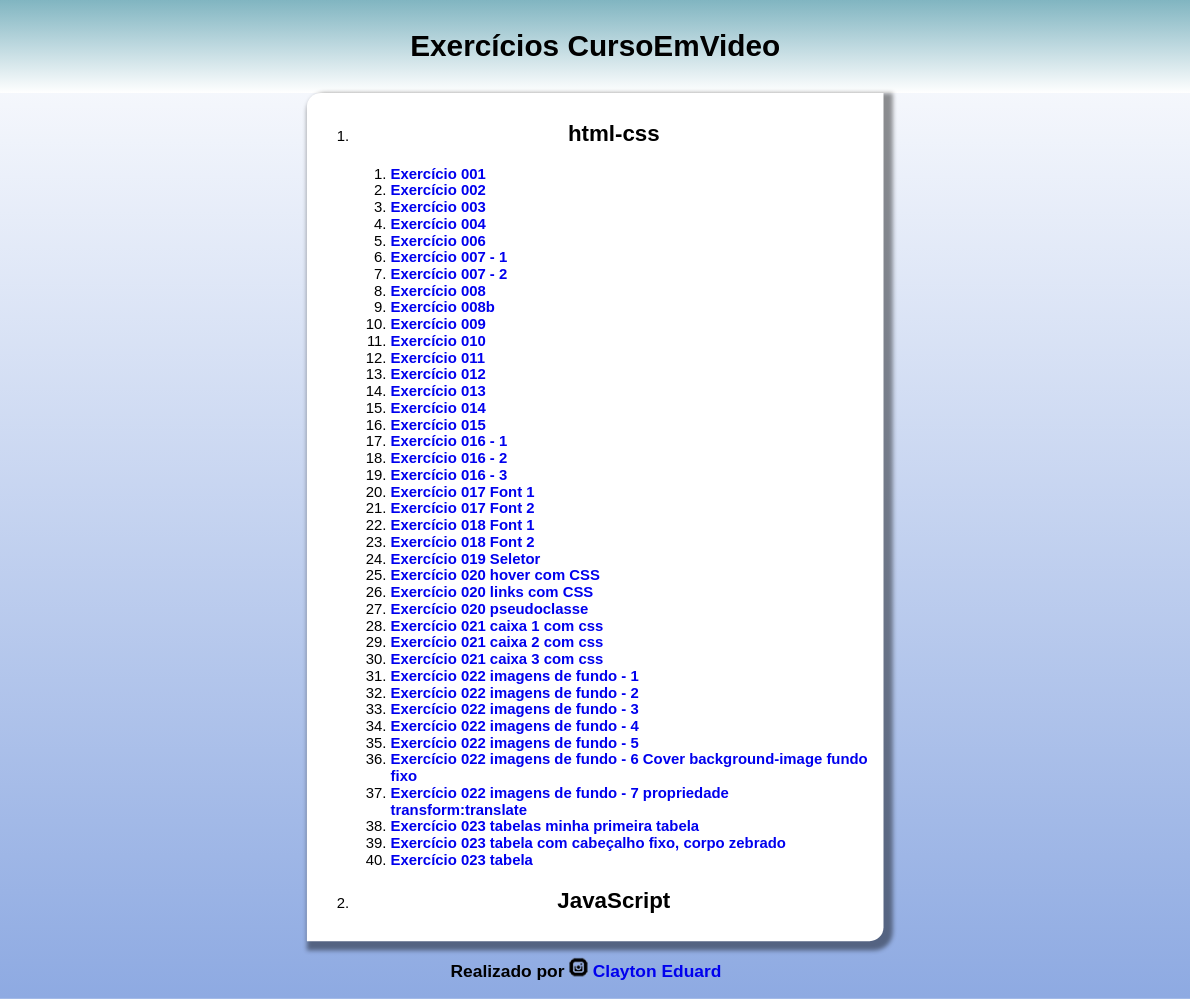
Repository: ClaytonEduard/cursoemvideo
Page: index.html
These files come from the project's save history. The page is drawn as it stood at one moment and after a run of saves; the edit follows.
The browser window is 1280 px wide. The pictures show the whole page, at 93% of full size.

Above is the page before, as saved 2022-12-08 16:56:16.

After the next 2 saves:
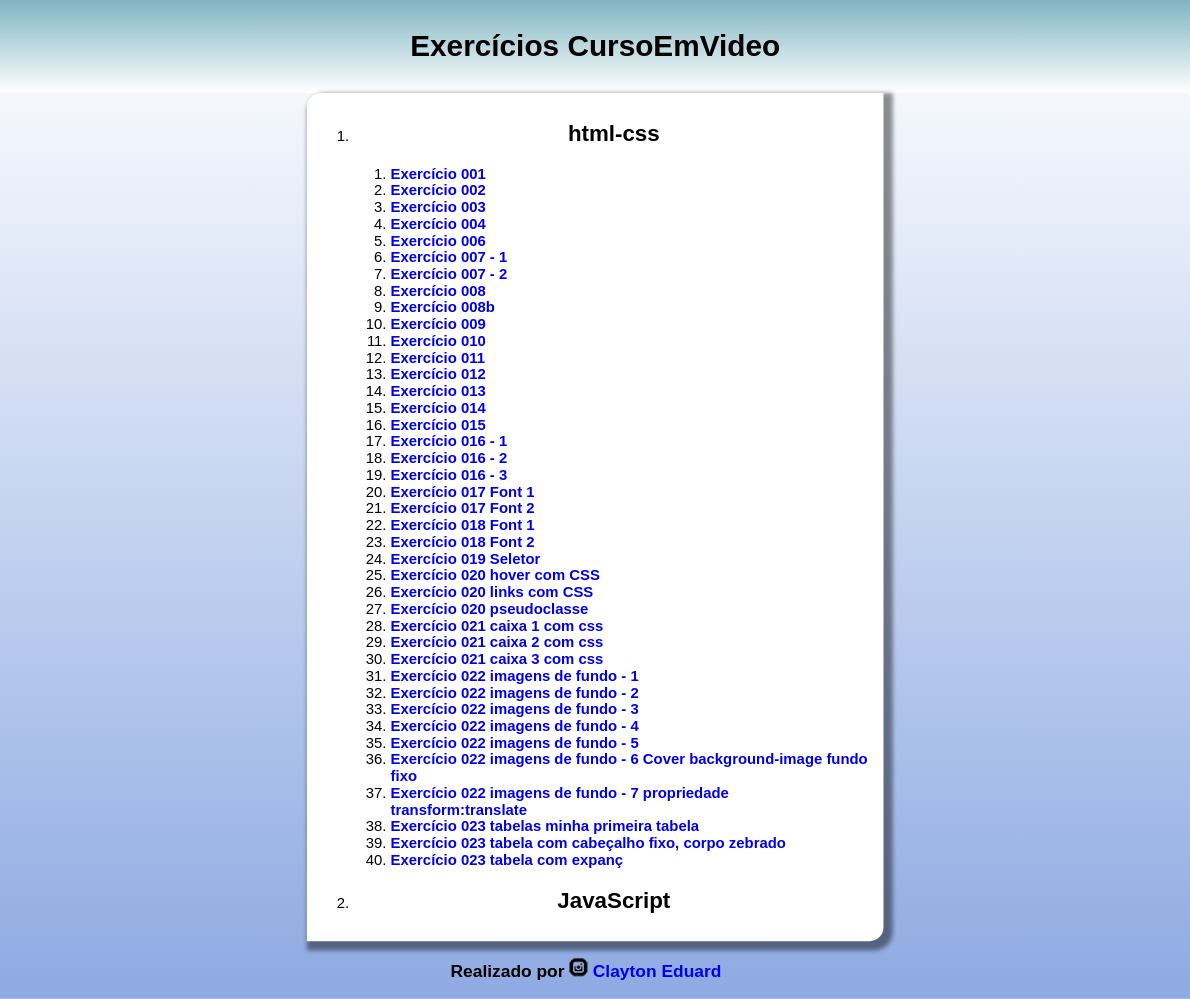
The 2 saves are shown as one change because they came seconds apart.
The last was saved 8 s later.
--- a/index.html
+++ b/index.html
@@ -149,7 +149,7 @@
                                                 target="_blank">Exercício 023 tabela com cabeçalho fixo, corpo
                                                 zebrado</a></li>
                                 <li><a href="https://claytoneduard.github.io/cursoemvideo/html-css/ex023/tabela003.html"
-                                                target="_blank">Exercício 023 tabela </a></li>
+                                                target="_blank">Exercício 023 tabela com expanç</a></li>
                         </ol>
                         <li>
                                 <h2>JavaScript</h2>
